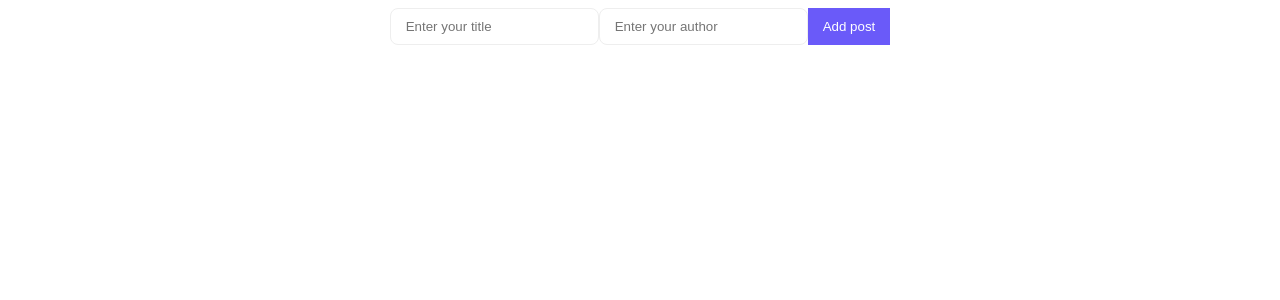
Repository: thuan711/All-about-JS
Page: api/api.html
The author's editor kept a copy of each file at every save. The page is drawn from the files as they stood at one save, then again after the next save.
The browser window is 1280 px wide. The pictures show the whole page.

Above is the page before, as saved 2023-01-21 15:49:02.

After the next save:
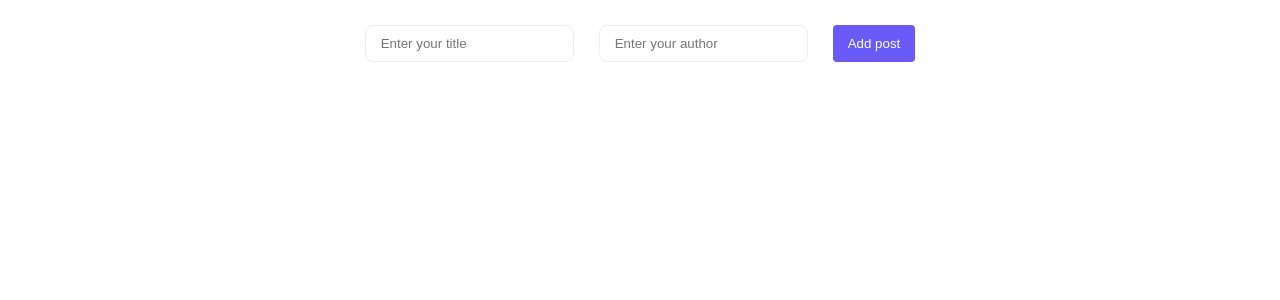
Saved 43 s later.
--- a/api/api.html
+++ b/api/api.html
@@ -115,6 +115,8 @@
           .form-post{
             display: flex;
             justify-content: center;
+            gap: 0 25px;
+            margin: 25px auto;
           }
           .form-post input{
             padding: 10px 15px;
@@ -127,6 +129,7 @@
             border: 0;
             outline: none;
             padding: 10px 15px;
+            border-radius: 4px;
           }
     </style>
 
